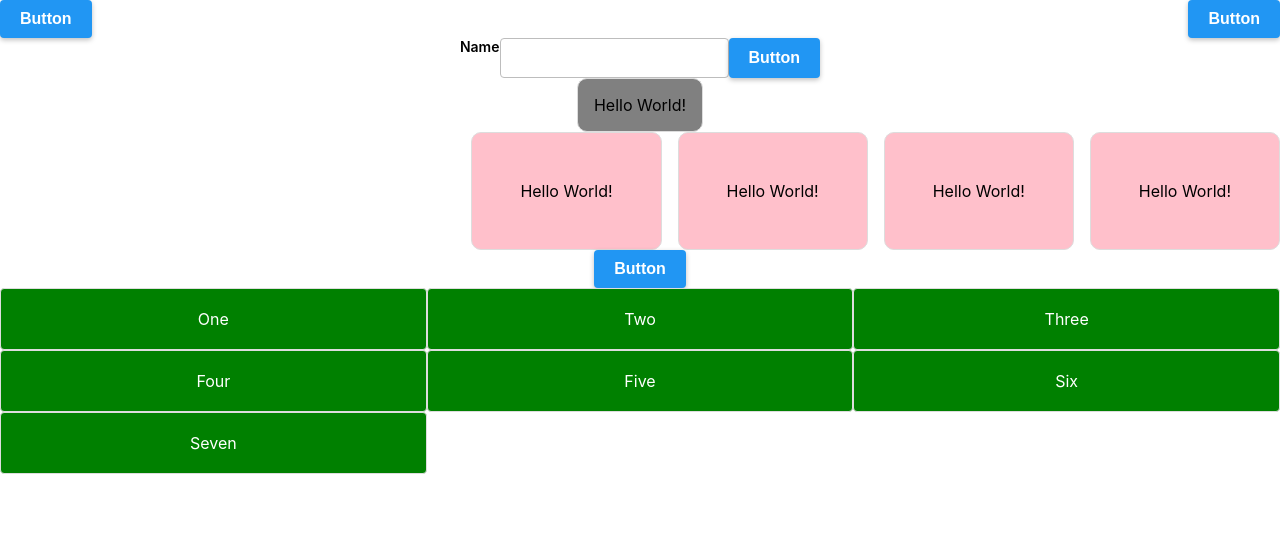
Repository: roistyx/react
Page: /layouts (app in layouts-app/)
An editor plug-in stored every save of this project. The page is shown before and after the next save, followed by the edit.
The browser window is 1280 px wide. The pictures show the whole page.
The project was rebuilt for these pictures with package versions that can differ from the ones it lists, and the page was loaded fresh each time.

Above is the page before, as saved 2023-04-27 15:31:11.

### layouts-app/src/App.js
import React from 'react';
import { Between, SpaceEvenly, Center, FlexEnd } from './layouts/Line';
import { Btn } from './elements/Btn';
import { Rows } from './layouts/Line';
import SearchField from './elements/TextField';
import { AlignCenter } from './layouts/Line';
import { Box } from './layouts/Box';
import { Grid } from './layouts/Grid';

export default function App() {
	return (
		<div>
			<Between>
				<Btn>Button</Btn>
				<Btn>Button</Btn>
			</Between>
			<Rows>
				<AlignCenter>
					<SearchField />
				</AlignCenter>
			</Rows>
			<Center>
				<Box bgColor="grey" borderRadius="10px" gap="1rem">
					<span>Hello World!</span>
				</Box>
			</Center>
			<FlexEnd>
				<Box bgColor="pink" borderRadius="10px" gap="3rem">
					<span>Hello World!</span>
				</Box>
				<Box bgColor="pink" borderRadius="10px" gap="3rem">
					<span>Hello World!</span>
				</Box>
				<Box bgColor="pink" borderRadius="10px" gap="3rem">
					<span>Hello World!</span>
				</Box>
				<Box bgColor="pink" borderRadius="10px" gap="3rem">
					<span>Hello World!</span>
				</Box>
			</FlexEnd>
			<Center>
				<Btn>Button</Btn>
			</Center>
			<Grid gap="20px" bgColor="pink">
				<Box>One</Box>
				<Box>Two</Box>
				<Box>Three</Box>
				<Box>Four</Box>
				<Box>Five</Box>
				<Box>Six</Box>
				<Box>Seven</Box>
			</Grid>
		</div>
	);
}

### layouts-app/src/layouts/Line.js
import './Line.css';

export const Line = ({ children, addClass }) => {
	return <div className={`Line ${addClass || ''}`}>{children}</div>;
};

export const FlexEnd = (props) => {
	return <Line {...props} addClass="flex-end" />;
};

export const Between = (props) => {
	return <Line {...props} addClass="between" />;
};

export const Center = (props) => {
	return <Line {...props} addClass="center" />;
};

export const SpaceEvenly = (props) => {
	return <Line {...props} addClass="evenly" />;
};

export const Rows = (props) => {
	return <Line {...props} addClass="rows" />;
};

export const AlignStart = ({ children }) => {
	return <div className="AlignStart">{children}</div>;
};

export const AlignCenter = ({ children }) => {
	return <div className="AlignCenter">{children}</div>;
};

### layouts-app/src/elements/Btn.js
import { Button } from '@mui/material';
import './Btn.css';
export const Btn = ({ children }) => {
	return (
		<button className="Btn">
			<span>{children}</span>{' '}
		</button>
		// <Button variant="contained" color="primary">
		// 	{' '}
		// 	<span>{children}</span>{' '}
		// </Button>
	);
};

### layouts-app/src/elements/TextField.js
import '../elements/TextField.css';
import React from 'react';
import { Btn } from '../elements/Btn.js';
import { TextField } from '@mui/material';

const SearchField = () => {
	return (
		<div>
			<form class="text-field">
				<label for="name">Name</label>
				<input type="text" id="name" name="name" />
				<Btn>Button</Btn>
			</form>
		</div>
	);
};

export default SearchField;

### layouts-app/src/layouts/Box.js
import './Box.css';

export const Box = ({ bgColor, borderRadius, gap, children }) => {
	const style = {
		...(bgColor ? { '--background': bgColor } : {}),
		...(borderRadius ? { '--border-radius': borderRadius } : {}),
		...(gap ? { '--gap': gap } : {}),
	};

	return (
		<div className="Box" style={style}>
			{children}
		</div>
	);
};

### layouts-app/src/layouts/Grid.js
import './Grid.css';

export const Grid = ({ bgColor, gap, children }) => {
	console.log(bgColor, gap, 'bgColor, gap');
	const style = {
		...(bgColor ? { '--background-color': bgColor } : {}),
		...(gap ? { '--gap': gap } : {}),
	};
	return (
		<div className="Grid" style={style}>
			{children}
		</div>
	);
};

### layouts-app/src/layouts/Line.css
.Line {
	display: flex;
	gap: var(--gap);
	height: 100%;
	align-items: center;
}

.Line.flex-end {
	justify-content: flex-end;
}

.Line.between {
	justify-content: space-between;
}

.Line.center {
	justify-content: center;
}

.Line.evenly {
	justify-content: space-evenly;
}

.Line.around {
	justify-content: space-around;
}

.Line.rows {
	flex-direction: column;
	align-items: stretch;
}

.AlignStart {
	align-self: flex-start;
}

.AlignCenter {
	align-self: center;
}

### layouts-app/src/elements/Btn.css
.Btn {
	display: inline-block;
	padding: 10px 20px;
	font-size: 16px;
	font-weight: 600;
	text-align: center;
	text-decoration: none;
	background-color: #2196f3;
	color: #fff;
	border-radius: 4px;
	border: none;
	cursor: pointer;
	box-shadow: 0px 2px 5px rgba(0, 0, 0, 0.25);
	transition: background-color 0.3s ease;
}
.Btn:hover {
	background-color: #0d6ec3;
}

### layouts-app/src/elements/TextField.css
.text-field {
	display: flex;
	flex-direction: row;
}

.text-field label {
	font-size: 14px;
	font-weight: 600;
	margin-bottom: 5px;
}

.text-field input {
	padding: 10px;
	font-size: 16px;
	border-radius: 4px;
	border: 1px solid #bdbdbd;
	transition: border-color 0.3s ease;
}
.text-field input:focus {
	outline: none;
	border-color: #2196f3;
}

### layouts-app/src/layouts/Box.css
:root {
	--background: green;
	--border: #ddd;
	--gap: 1rem;
	--border-radius: 0.25rem;
}

.Box {
	background-color: var(--background);
	border: 1px solid var(--border);
	padding: var(--gap);
	border-radius: var(--border-radius);
}

### layouts-app/src/layouts/Grid.css
.Grid {
	background-color: var(--bgColor);
	/* row-gap: var(--gap, 400px); */
	display: grid;
	height: 100%;
	grid-template-rows: 1fr 1fr 1fr;
	grid-template-columns: repeat(3, 1fr);
	/* grid-template-rows: 100px 100px 100px; */
	/* gap: 10px; */
}

.Grid > * {
	row-gap: 40px;
	color: white;
	font-size: 16px;
	display: flex;
	align-items: center;
	justify-content: center;
}

/* .Grid > :nth-child(1) {
	background-color: var(--bgColor);
	color: #fff;
}

.Grid > :nth-child(2) {
}

.Grid > :nth-child(3) {
	background-color: #e1e1e1;
} */

Loaded but not shown: layouts-app/public/index.html (common file); layouts-app/src/index.js (common file); layouts-app/src/index.css (common file); layouts-app/src/reportWebVitals.js (common file)

After the next save:
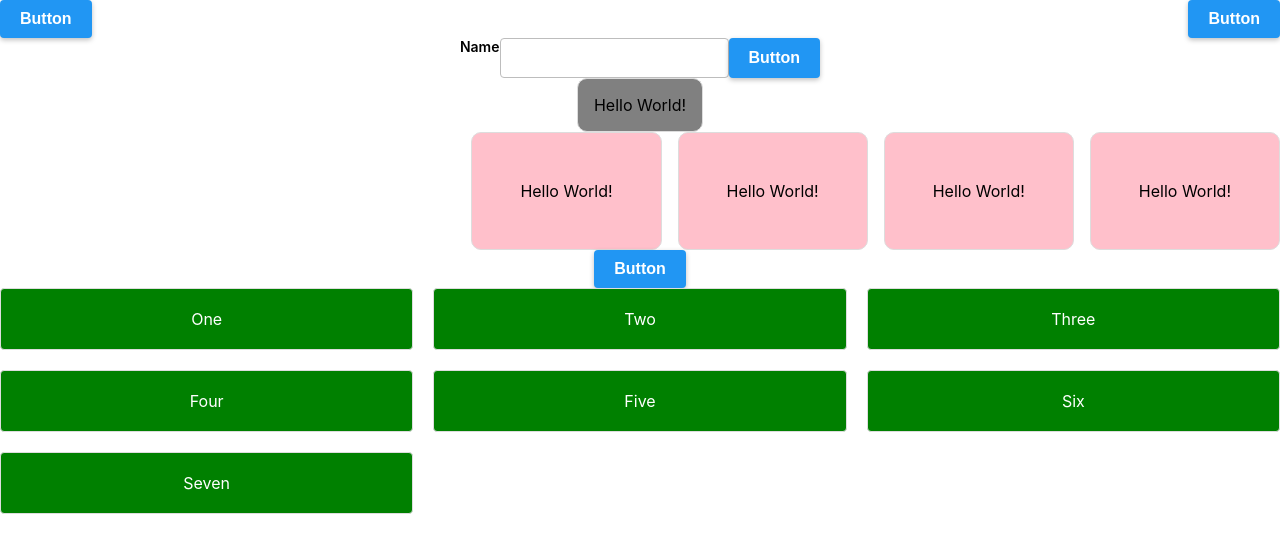
Saved 27 s later.
--- a/layouts-app/src/layouts/Grid.css
+++ b/layouts-app/src/layouts/Grid.css
@@ -6,11 +6,10 @@
 	grid-template-rows: 1fr 1fr 1fr;
 	grid-template-columns: repeat(3, 1fr);
 	/* grid-template-rows: 100px 100px 100px; */
-	/* gap: 10px; */
+	gap: var(--gap, 40px);
 }
 
 .Grid > * {
-	row-gap: 40px;
 	color: white;
 	font-size: 16px;
 	display: flex;
